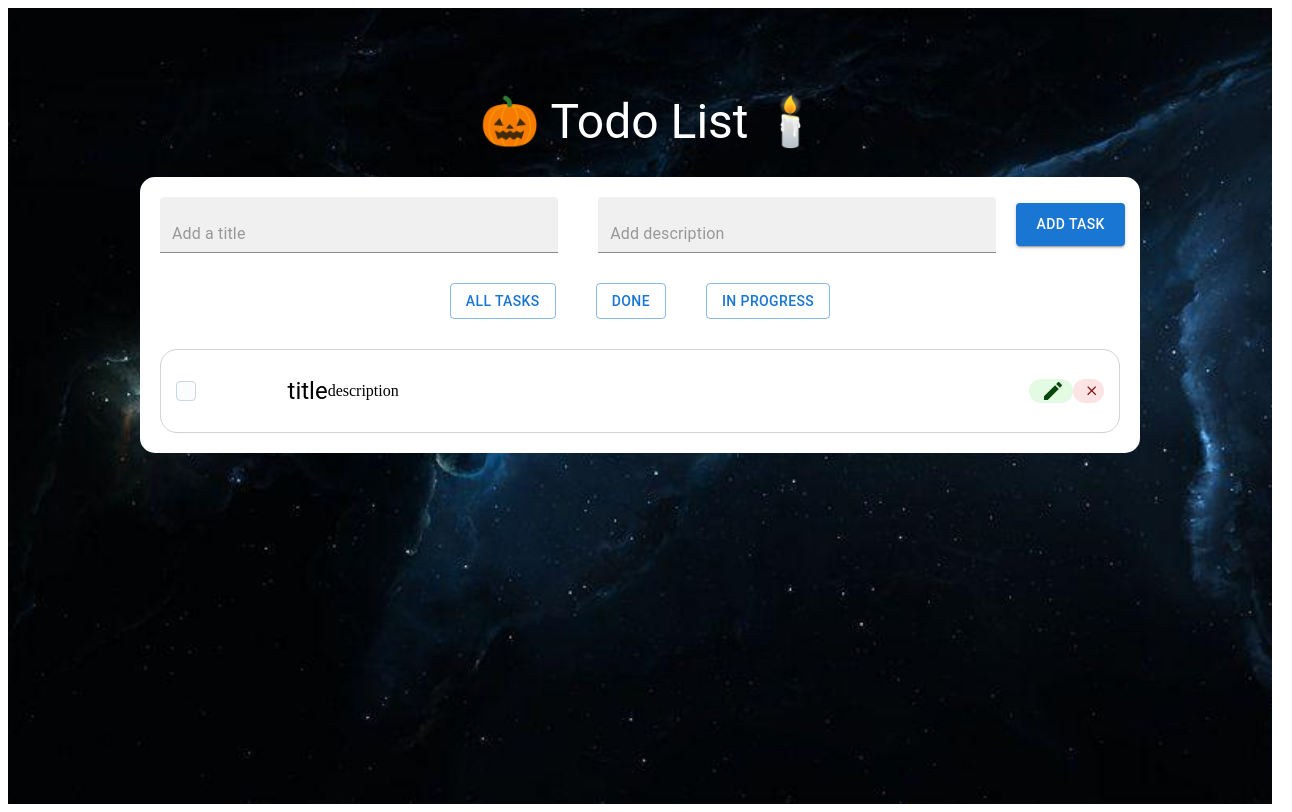
Repository: Tracy-maker/TodoList
Page: /
The author's editor kept a copy of each file at every save. The page is drawn from the files as they stood at one save, then again after the next save.
The browser window is 1280 px wide. The page is 1292 px wide, so the pictures cover 1292 px, including what lies to the right of the window. The pictures show the whole page.
The project was rebuilt for these pictures with package versions that can differ from the ones it lists, and the page was loaded fresh each time. Also part of the build but not shown: src/components/TaskEdit.js.

Above is the page before, as saved 2023-09-20 20:17:13.

### public/index.html
<!DOCTYPE html>
<html lang="en">
  <head>
    <meta charset="utf-8" />
    <link rel="icon" href="%PUBLIC_URL%/favicon.ico" />
    <meta name="viewport" content="width=device-width, initial-scale=1" />
    <meta name="theme-color" content="#000000" />
    <meta
      name="description"
      content="Web site created using create-react-app"
    />
    <link rel="apple-touch-icon" href="%PUBLIC_URL%/logo192.png" />
    <!--
      manifest.json provides metadata used when your web app is installed on a
      user's mobile device or desktop. See https://developers.google.com/web/fundamentals/web-app-manifest/
    -->
    <link rel="manifest" href="%PUBLIC_URL%/manifest.json" />
    <link href="https://fonts.googleapis.com/css2?family=Montserrat:wght@300;400;500&amp;display=swap" rel="stylesheet">
    <!--
      Notice the use of %PUBLIC_URL% in the tags above.
      It will be replaced with the URL of the `public` folder during the build.
      Only files inside the `public` folder can be referenced from the HTML.

      Unlike "/favicon.ico" or "favicon.ico", "%PUBLIC_URL%/favicon.ico" will
      work correctly both with client-side routing and a non-root public URL.
      Learn how to configure a non-root public URL by running `npm run build`.
    -->
    <title>React App</title>
  </head>
  <body>
    <noscript>You need to enable JavaScript to run this app.</noscript>
    <div id="root"></div>
    <!--
      This HTML file is a template.
      If you open it directly in the browser, you will see an empty page.

      You can add webfonts, meta tags, or analytics to this file.
      The build step will place the bundled scripts into the <body> tag.

      To begin the development, run `npm start` or `yarn start`.
      To create a production bundle, use `npm run build` or `yarn build`.
    -->
  </body>
</html>

### src/App.js
import { useState, useEffect } from "react";
import CreateTask from "./components/CreateTask";
import TaskList from "./components/TaskList";
import { Box, Stack } from "@mui/material";
import styled from "styled-components";
import Typography from "@mui/material/Typography";
import Image1 from "./image/7.jpg";

const StyledContainer = styled(Stack)`
  height: 100vh;
  width: 100%;
  display: flex;
  align-items: stretch;
  padding-top: 6%;
  background-image: url(${Image1});
  background-size: cover;
  background-repeat: no-repeat;
`;

const TaskForm = styled(Box)`
  margin-left: auto;
  margin-right: auto;
  width: 1000px;
  background-color: white;
  border-radius: 15px;
  @media (max-width: 768px) {
    width: 100%;
  }
`;
const Title = styled(Typography)`
  color: white;
  margin: auto;
  width: 100%;
  padding: 10px;
  text-align: center;
`;

function App() {

  const [tasks, setTasks] = useState(() => {
    const localValue = localStorage.getItem("tasks");
    if (localValue == null) return [];
    return JSON.parse(localValue);
  });

  useEffect(() => {
    localStorage.setItem("tasks", JSON.stringify(tasks));
  }, [tasks]);

  const createTask = (title, description) => {
    const newTask = {
      id: crypto.randomUUID(),
      title: title,
      description: description,
      status: "inProgress",
    };

    const existingTasks = JSON.parse(localStorage.getItem("tasks")) || [];
    existingTasks.push(newTask);
    localStorage.setItem("tasks", JSON.stringify(existingTasks));
    setTasks(existingTasks);
  };

  const deleteTasksById = (id) => {
    const existingTasks = JSON.parse(localStorage.getItem("tasks")) || [];
    const updatedTasks = existingTasks.filter((task) => {
      return task.id !== id;
    });
    localStorage.setItem("tasks", JSON.stringify(updatedTasks));
    setTasks(updatedTasks);
  };

  const editTaskById = (id, newTitle, newDescription) => {
    const existingTasks = JSON.parse(localStorage.getItem("tasks")) || [];
    const taskToEdit = existingTasks.findIndex((task) => task.id === id);

    if (taskToEdit) {
      const updatedTask = {
        ...taskToEdit,
        title: newTitle,
        description: newDescription,
      };

      const updatedTasks = existingTasks.map((task) =>
        task.id === id ? updatedTask : task
      );
      localStorage.setItem("tasks", JSON.stringify(updatedTasks));
      setTasks(updatedTasks);
    }
  };



  return (
    <StyledContainer>
      <Title variant="h3" gutterBottom>
        🎃 Todo List 🕯️
      </Title>
      <TaskForm>
        <CreateTask onCreate={createTask} />
        <TaskList />
      </TaskForm>
    </StyledContainer>
  );
}
export default App;

### src/components/CreateTask.js
import * as React from "react";
import Stack from "@mui/material/Stack";
import TextField from "@mui/material/TextField";
import Button from "@mui/material/Button";
import { useState } from "react";
import { styled } from "@mui/material";

const Input = styled(TextField)`
  padding:2%;
  width: 80%;
`;

const AddButton = styled(Button)`
  margin: auto;
  width: 20%;
  padding: 9px;
  text-align: center;
  margin-right: 15px;
`;

function CreateTask(props) {
  const [title, setTitle] = useState("");
  const [description, setDescription] = useState("");

  const handleChange = (event) => {
    const { name, value } = event.target;
    if (name === "title") {
      setTitle(value);
    } else if (name === "description") {
      setDescription(value);
    }
  };

  const handleSubmit = (event) => {
    event.preventDefault();
    if (title.trim() !== "" || description.trim() !== "") {
      props.onCreate({ title, description });
      setTitle("");
      setDescription("");
    }
  };

  return (
    <Stack onSubmit={handleSubmit} component="form" direction="row">
      <Input
        name="title"
        value={title}
        onChange={handleChange}
        placeholder="Add a title"
        variant="filled"
      />
      <Input
        name="description"
        value={description}
        onChange={handleChange}
        placeholder="Add description"
        variant="filled"
      />
      <AddButton type="submit" variant="contained">
        Add Task
      </AddButton>
    </Stack>
  );
}

export default CreateTask;

### src/components/TaskList.js
import React from "react";
import { Box, Button} from "@mui/material";
import TaskShow from "./TaskShow";
import styled from "styled-components";

const ButtonNavigationBar = styled(Box)`
  display: flex;
  justify-content: center;
  gap: 40px;
  padding: 10px;
`;

function TaskList(props) {
  return (
    <>
      <ButtonNavigationBar>
        <Button
          variant={props.defaultValue === "all" ? "contained" : "outlined"}
          onClick={() => props.onFilterChange("all")}
        >
          All Tasks
        </Button>
        <Button
          variant={props.defaultValue === "done" ? "contained" : "outlined"}
          onClick={() => props.onFilterChange("done")}
        >
          Done
        </Button>
        <Button
          variant={
            props.defaultValue === "inProgress" ? "contained" : "outlined"
          }
          onClick={() => props.onFilterChange("inProgress")}
        >
          In Progress
        </Button>
      </ButtonNavigationBar>

      <TaskShow />
    </>
  );
}

export default TaskList;

### src/components/TaskShow.js
import * as React from "react";
import { useState } from "react";
import Typography from "@mui/material/Typography";
import Checkbox from "@mui/joy/Checkbox";
import Chip from "@mui/joy/Chip";
import ChipDelete from "@mui/joy/ChipDelete";
import styled from "styled-components";
import { Box } from "@mui/material";
import EditIcon from "@mui/icons-material/Edit";
import TaskEdit from "./TaskEdit";

const TaskItem = styled(Box)`
  display: flex;
  justify-content: space-between;
  align-items: center;
  padding: 15px;
  border-style: solid;
  border-width: 1px;
  margin: 2%;
  border-radius: 17px;
  border-color: lightgray;
`;

const TaskContent = styled(Box)`
  display: flex;
  margin: auto;
  width: 70%;

  padding: 10px;
  align-items: center;
`;

const TaskInformation = styled(Typography)`
  text-decoration: ${({ isDeleted }) => (isDeleted ? "line-through" : "none")};
`;

function TaskShow(props) {
  const [showEdit, setShowEdit] = useState(false);

  const handleEdit = () => {
    setShowEdit(!showEdit);
  };

  const handleSubmit = (id, newTitle, newDescription) => {
    setShowEdit(false);
    props.onEdit(id, newTitle, newDescription);
  };

  let content;

  // if (showEdit) {
  //   content = <TaskEdit onSubmit={handleSubmit} task={props.task} />;
  // } else {
  //   content = (
  //     <>
  //       <h3>{props.task.title}</h3>
  //       <p>{props.task.description}</p>
  //     </>
  //   );
  // }

  const handleDelete = () => {
    props.onDelete(props.task.id);
  };

  const handleCheckboxChange = () => {
    props.toggleCheckedBoxById(props.task.id);
  };

  return (
    <TaskItem>
      <Checkbox onChange={handleCheckboxChange} />
      <TaskContent>
        <TaskInformation variant="h5">title</TaskInformation>
        <TaskInformation variant="h7">description</TaskInformation>
      </TaskContent>

      <Box>
        <Chip
          variant="soft"
          color="success"
          onClick={handleEdit}
          endDecorator={<EditIcon />}
        />
        <Chip
          variant="soft"
          color="danger"
          endDecorator={<ChipDelete onClick={handleDelete} />}
        />
      </Box>
    </TaskItem>
  );
}

export default TaskShow;

Loaded but not shown: src/index.js (common file)

After the next save:
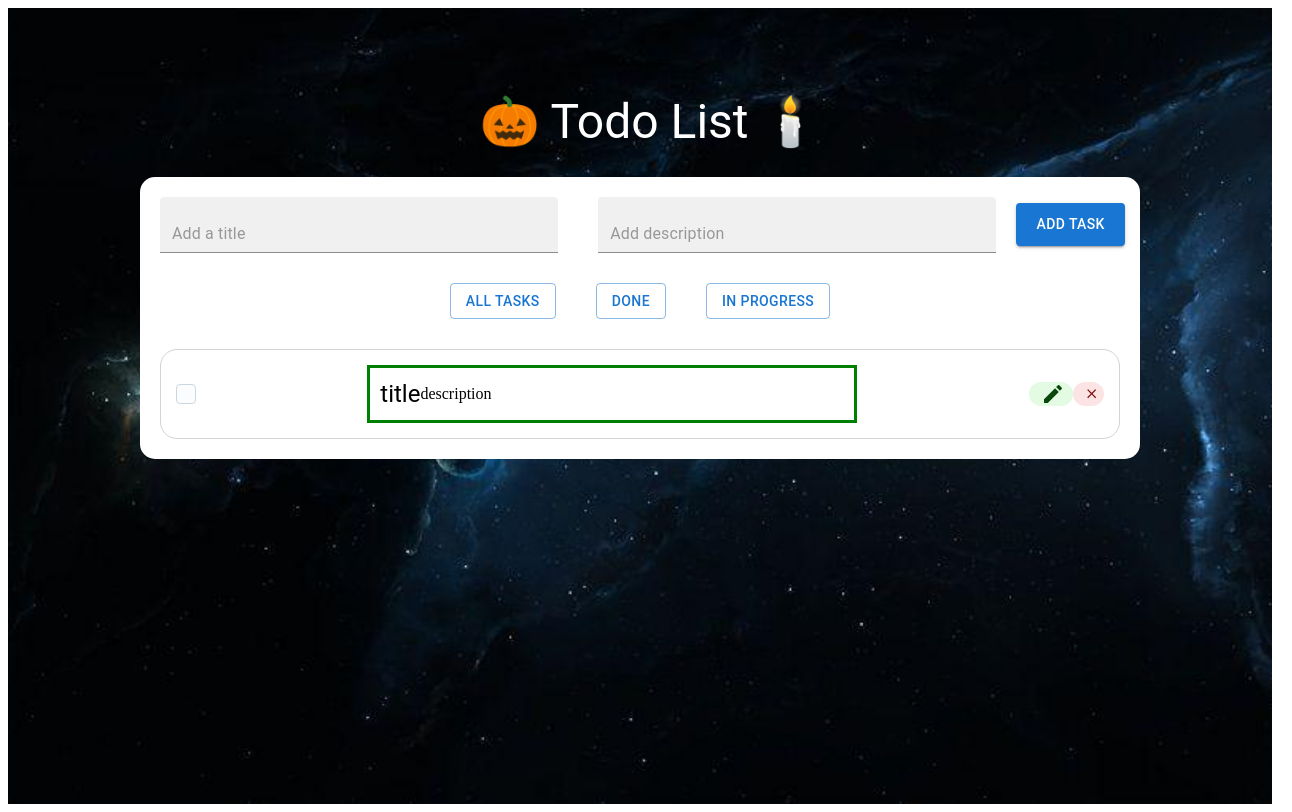
Saved 5 s later.
--- a/src/components/TaskShow.js
+++ b/src/components/TaskShow.js
@@ -24,8 +24,8 @@ const TaskItem = styled(Box)`
 const TaskContent = styled(Box)`
   display: flex;
   margin: auto;
-  width: 70%;
-
+  width: 50%;
+  border: 3px solid green;
   padding: 10px;
   align-items: center;
 `;
